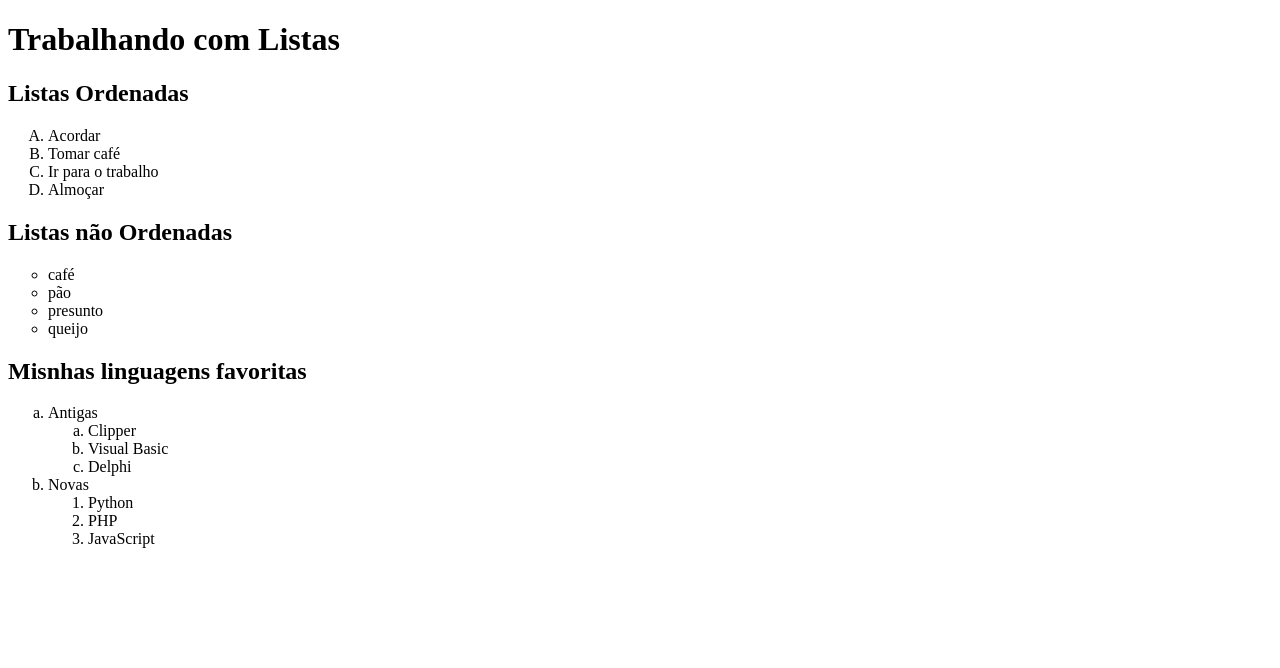
Repository: Iamjordana/html-css
Page: Html Css/Exercicios/ex009/index.html
An editor plug-in stored every save of this project. The page is shown before and after a run of saves, followed by the edit.
The browser window is 1280 px wide. The pictures show the whole page.

Above is the page before, as saved 2025-01-08 18:35:26.

After the next 3 saves:
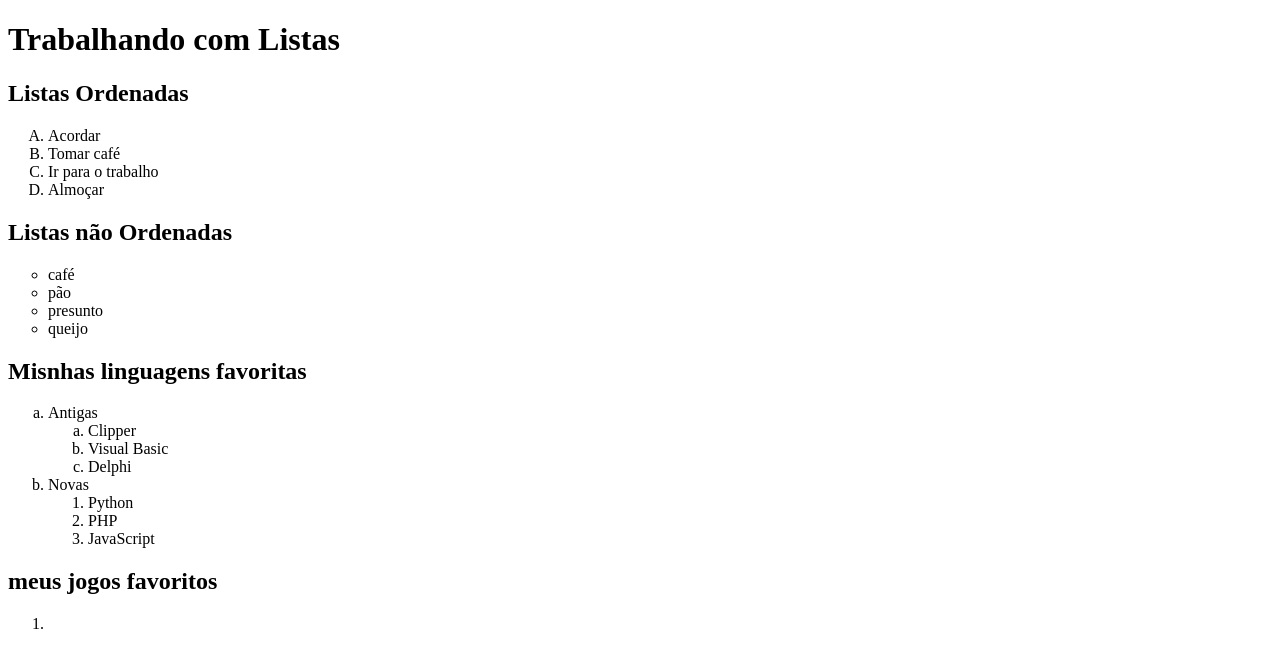
The 3 saves are shown as one change because they came seconds apart.
The last was saved 15 s later.
--- a/Html Css/Exercicios/ex009/index.html
+++ b/Html Css/Exercicios/ex009/index.html
@@ -38,7 +38,10 @@
         <li>JavaScript</li>
     </ol>
 </ol>
-<h2></h2>
+<h2>meus jogos favoritos</h2>
+<ol>
+    <li></li>
+</ol>
 
 </body>
 </html>
